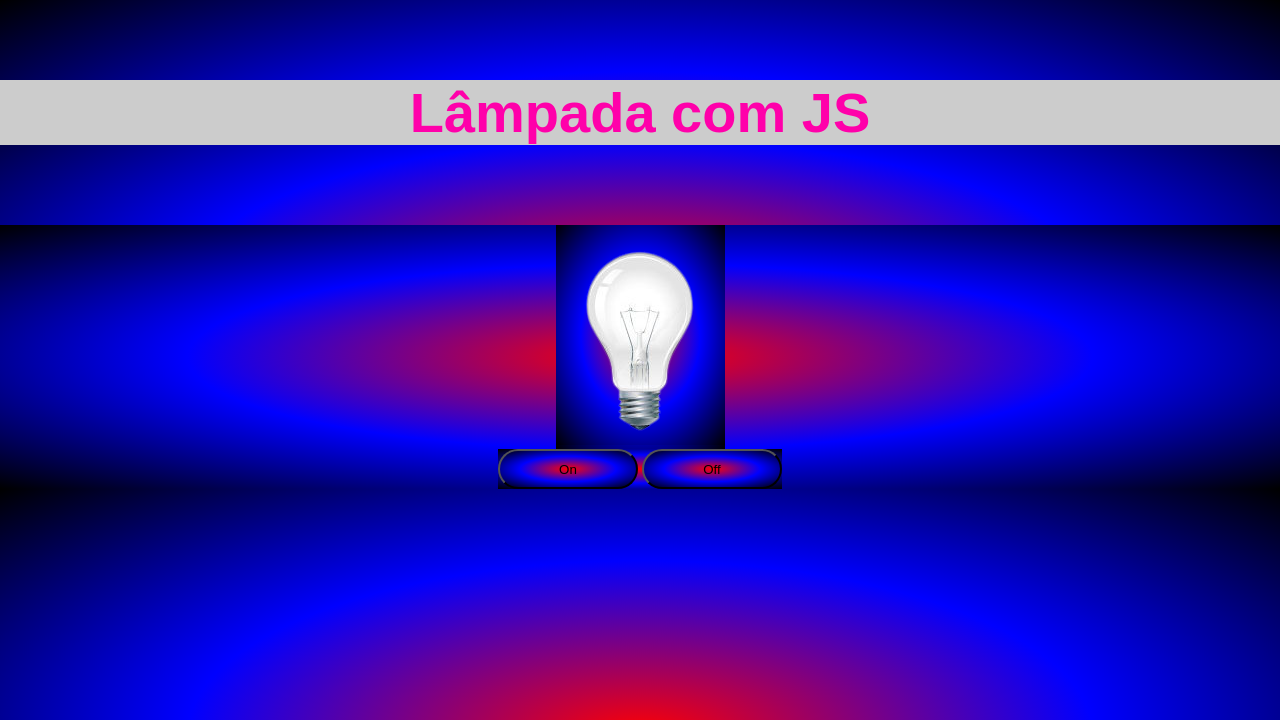
Repository: kahut-gdd/lampadaComJs
Page: index.html
The author's editor kept a copy of each file at every save. The page is drawn from the files as they stood at one save, then again after the next save.
The browser window is 1280 px wide. The pictures show the whole page.

Above is the page before, as saved 2022-06-25 13:05:25.

### index.html
<!DOCTYPE html>
<html lang="pt-br">
<head>
    <meta charset="UTF-8">
    <meta http-equiv="X-UA-Compatible" content="IE=edge">
    <meta name="viewport" content="width=device-width, initial-scale=1.0">
    <title>LampadaComJs</title>
    <style>
        *{
            margin: 0;
            padding: 0;
            background: radial-gradient(red, blue, black);
            align-items: center;
        }
        h1{
            background: #ccc;
            color: rgb(255, 0, 170);
            text-align: center;
            font-size: 3.5rem;
            font-family: sans-serif;
        }
        head, main{
            margin-top: 80px;
            display: flex;
            flex-direction: column;
            align-items: center;
            cursor: pointer;
        }
        button{
            width: 140px;
            height: 40px;
            background-color: rgb(231, 231, 231);
            color: #000;
            cursor: pointer;
            border-radius: 60px;

        }
        #turnOn:hover{
            background: rgb(84, 247, 84);
            color: aliceblue;
            font-size: 1.2rem;
        }
        #turnOff:hover{
            background: rgb(255, 0, 55);
            color: aliceblue;
            font-size: 1.2rem;
        }
    </style>
</head>
<body>
    <header>
        <h1>Lâmpada com JS</h1>
    </header>
    <main>
        <div>
            <img src="./img/desligada.png" alt="Lámpada" id="lamp">
        </div>
        <div>
            <button id="turnOn">On</button>
            <button id="turnOff">Off</button>
        </div>
    </main>


    <script>
        const turnOn = document.getElementById('turnOn');
        const turnOff = document.getElementById('turnOff');
        const lamp = document.getElementById('lamp');

        function isLampBroken(){
            return lamp.src.indexOf('quebrada') > -1;
        }

        function lampOn(){
            if(!isLampBroken()){
            lamp.src = './img/ligada.png';
            }
        }

        function lampOff(){
            if(!isLampBroken()){
            lamp.src = './img/desligada.png';
            }
        }
        function lampBroken(){
            lamp.src = './img/quebrada.png';
        }

        turnOn.addEventListener('click', lampOn);
        turnOff.addEventListener('click', lampOff);
        lamp.addEventListener('mouseover', lampOn);
        lamp.addEventListener('mouseleave', lampOff);
        lamp.addEventListener('dblclick', lampBroken);

    </script>
</body>
</html>

After the next save:
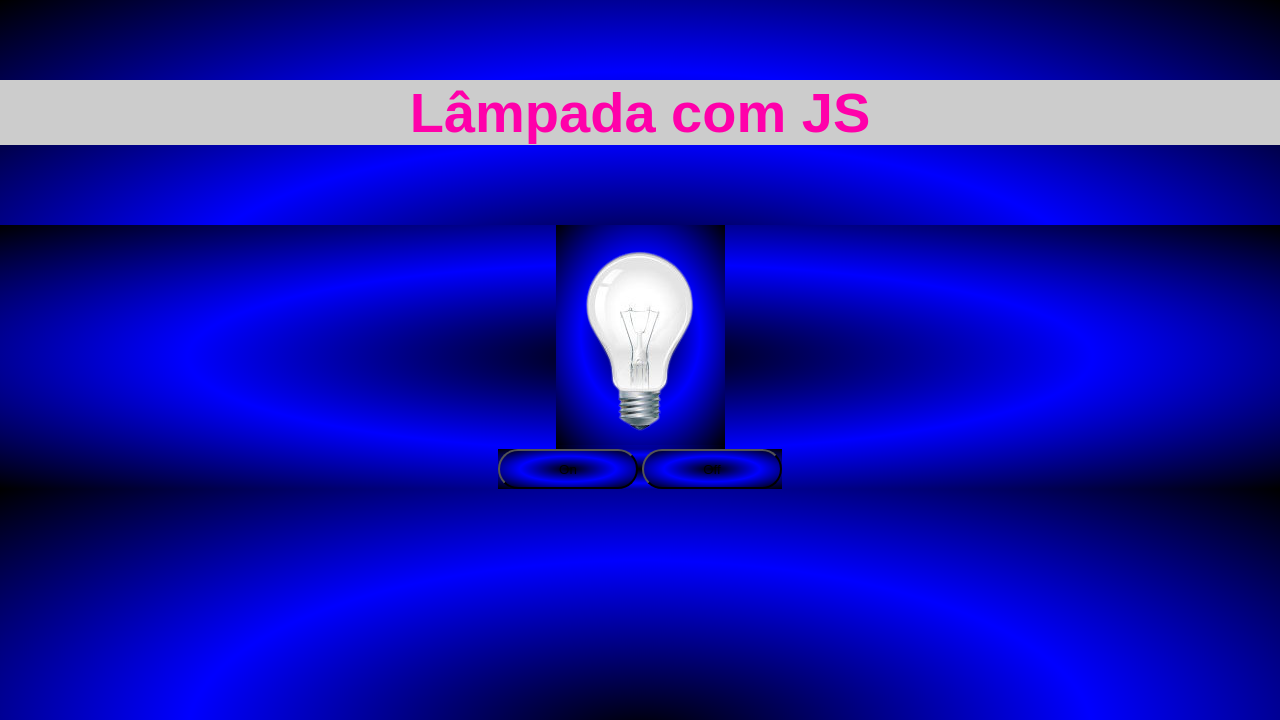
Saved 8 s later.
--- a/index.html
+++ b/index.html
@@ -9,7 +9,7 @@
         *{
             margin: 0;
             padding: 0;
-            background: radial-gradient(red, blue, black);
+            background: radial-gradient(rgb(0, 0, 0), blue, black);
             align-items: center;
         }
         h1{
